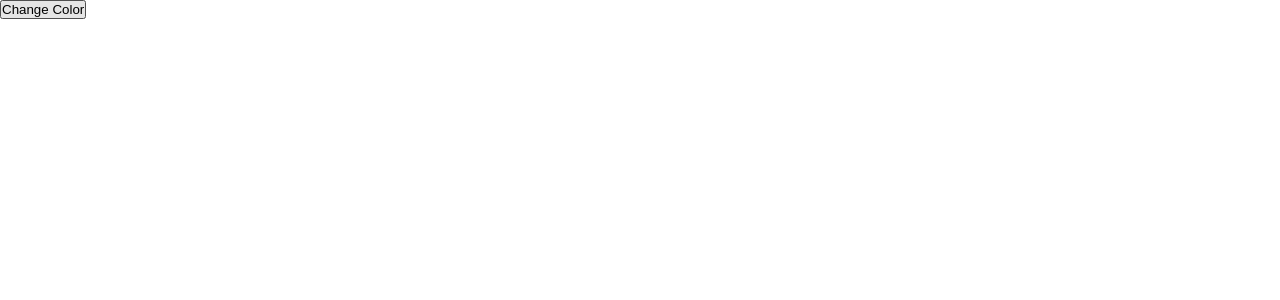
Repository: minhvtQA/randomBackgroundColor
Page: index.html
An editor plug-in stored every save of this project. The page is shown before and after the next save, followed by the edit.
The browser window is 1280 px wide. The pictures show the whole page.

Above is the page before, as saved 2021-11-07 16:52:20.

After the next save:
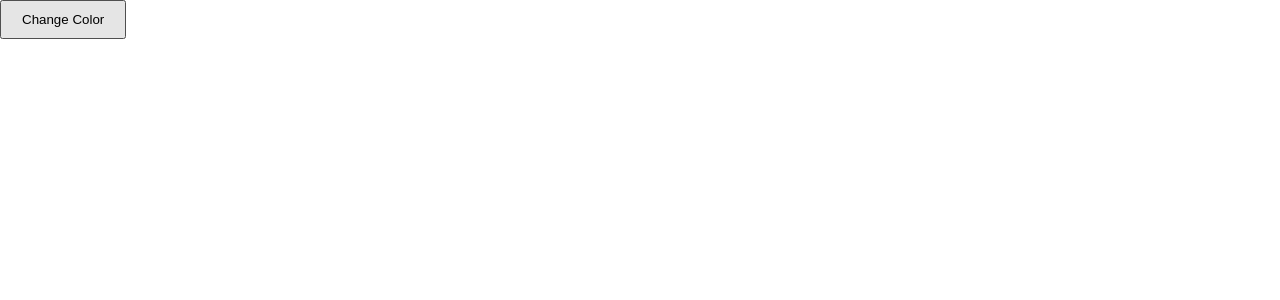
Saved 17 s later.
--- a/styles.css
+++ b/styles.css
@@ -3,3 +3,6 @@ html {
   padding: 0;
   font-size: 62.5%;
 }
+button {
+  padding: 1rem 2rem;
+}
